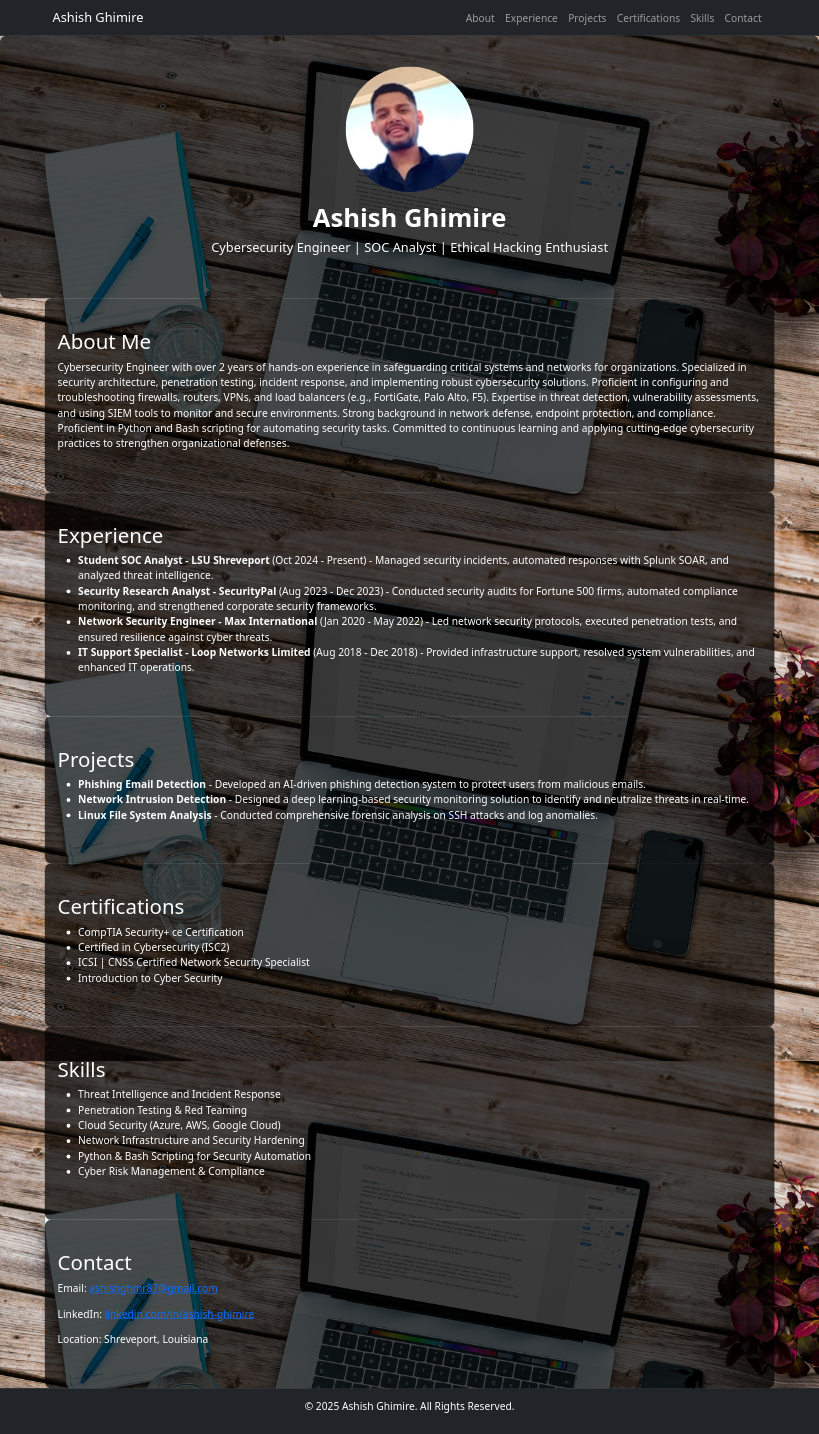
Repository: NetworkNinja11/ashishghimire.github.io
Page: index.html
These files come from the project's save history. The page is drawn as it stood at one moment and after the next save; the edit follows.
The browser window is 1280 px wide. The pictures show the whole page, at 64% of full size.
Backgrounds fixed to the window are drawn as part of the page.

Above is the page before, as saved 2025-03-11 00:27:57.
Not found: styles.css

### index.html
<!DOCTYPE html>
<html lang="en">
<head>
    <meta charset="UTF-8">
    <meta name="viewport" content="width=device-width, initial-scale=1.0">
    <title>Ashish Ghimire - Cybersecurity Portfolio</title>
    <link rel="stylesheet" href="styles.css">
    <script defer src="script.js"></script>
    <link href="https://cdn.jsdelivr.net/npm/bootstrap@5.3.0/dist/css/bootstrap.min.css" rel="stylesheet">
    <style>
        body {
            background: url('background1.png') no-repeat center center fixed;
            background-size: cover;
            color: white;
        }
        .content-section {
            background: rgba(0, 0, 0, 0.7);
            padding: 20px;
            border-radius: 10px;
        }
    </style>
</head>
<body>
    <nav class="navbar navbar-dark bg-dark navbar-expand-lg">
        <div class="container">
            <a class="navbar-brand" href="#">Ashish Ghimire</a>
            <button class="navbar-toggler" type="button" data-bs-toggle="collapse" data-bs-target="#navbarNav">
                <span class="navbar-toggler-icon"></span>
            </button>
            <div class="collapse navbar-collapse" id="navbarNav">
                <ul class="navbar-nav ms-auto">
                    <li class="nav-item"><a class="nav-link" href="#about">About</a></li>
                    <li class="nav-item"><a class="nav-link" href="#experience">Experience</a></li>
                    <li class="nav-item"><a class="nav-link" href="#projects">Projects</a></li>
                    <li class="nav-item"><a class="nav-link" href="#certifications">Certifications</a></li>
                    <li class="nav-item"><a class="nav-link" href="#skills">Skills</a></li>
                    <li class="nav-item"><a class="nav-link" href="#contact">Contact</a></li>
                </ul>
            </div>
        </div>
    </nav>

    <header class="text-center text-white py-5 content-section">
        <img src="image.png" alt="Ashish Ghimire" class="img-fluid rounded-circle" width="200">
        <h1 class="fw-bold mt-3">Ashish Ghimire</h1>
        <p class="lead">Cybersecurity Engineer | SOC Analyst | Ethical Hacking Enthusiast</p>
    </header>

    <section id="about" class="container py-5 content-section">
        <h2>About Me</h2>
        <p>
            Cybersecurity Engineer with over 2 years of hands-on experience in safeguarding critical systems and networks for organizations. Specialized in security architecture, penetration testing, incident response, and implementing robust cybersecurity solutions. Proficient in configuring and troubleshooting firewalls, routers, VPNs, and load balancers (e.g., FortiGate, Palo Alto, F5). Expertise in threat detection, vulnerability assessments, and using SIEM tools to monitor and secure environments. Strong background in network defense, endpoint protection, and compliance. Proficient in Python and Bash scripting for automating security tasks. Committed to continuous learning and applying cutting-edge cybersecurity practices to strengthen organizational defenses.</p>
    </section>

    <section id="experience" class="container py-5 content-section">
        <h2>Experience</h2>
        <ul>
            <li><strong>Student SOC Analyst - LSU Shreveport</strong> (Oct 2024 - Present) - Managed security incidents, automated responses with Splunk SOAR, and analyzed threat intelligence.</li>
            <li><strong>Security Research Analyst - SecurityPal</strong> (Aug 2023 - Dec 2023) - Conducted security audits for Fortune 500 firms, automated compliance monitoring, and strengthened corporate security frameworks.</li>
            <li><strong>Network Security Engineer - Max International</strong> (Jan 2020 - May 2022) - Led network security protocols, executed penetration tests, and ensured resilience against cyber threats.</li>
            <li><strong>IT Support Specialist - Loop Networks Limited</strong> (Aug 2018 - Dec 2018) - Provided infrastructure support, resolved system vulnerabilities, and enhanced IT operations.</li>
        </ul>
    </section>

    <section id="projects" class="container py-5 content-section">
        <h2>Projects</h2>
        <ul>
            <li><strong>Phishing Email Detection</strong> - Developed an AI-driven phishing detection system to protect users from malicious emails.</li>
            <li><strong>Network Intrusion Detection</strong> - Designed a deep learning-based security monitoring solution to identify and neutralize threats in real-time.</li>
            <li><strong>Linux File System Analysis</strong> - Conducted comprehensive forensic analysis on SSH attacks and log anomalies.</li>
        </ul>
    </section>

    <section id="certifications" class="container py-5 content-section">
        <h2>Certifications</h2>
        <ul>
            <li>CompTIA Security+ ce Certification</li>
            <li>Certified in Cybersecurity (ISC2)</li>
            <li>ICSI | CNSS Certified Network Security Specialist</li>
            <li>Introduction to Cyber Security</li>
        </ul>
    </section>

    <section id="skills" class="container py-5 content-section">
        <h2>Skills</h2>
        <ul>
            <li>Threat Intelligence and Incident Response</li>
            <li>Penetration Testing & Red Teaming</li>
            <li>Cloud Security (Azure, AWS, Google Cloud)</li>
            <li>Network Infrastructure and Security Hardening</li>
            <li>Python & Bash Scripting for Security Automation</li>
            <li>Cyber Risk Management & Compliance</li>
        </ul>
    </section>

    <section id="contact" class="container py-5 content-section">
        <h2>Contact</h2>
        <p>Email: <a href="mailto:ashishghmr87@gmail.com">ashishghmr87@gmail.com</a></p>
        <p>LinkedIn: <a href="https://www.linkedin.com/in/ashish-ghimire-96755b179/" target="_blank">linkedin.com/in/ashish-ghimire</a></p>
        <p>Location: Shreveport, Louisiana</p>
    </section>

    <footer class="text-center bg-dark text-white py-3">
        <p>&copy; 2025 Ashish Ghimire. All Rights Reserved.</p>
    </footer>

    <script src="https://cdn.jsdelivr.net/npm/bootstrap@5.3.0/dist/js/bootstrap.bundle.min.js"></script>
</body>
</html>

### script.js
document.addEventListener("DOMContentLoaded", function () {
    document.querySelectorAll('a[href^="#"]').forEach(anchor => {
        anchor.addEventListener("click", function (e) {
            e.preventDefault();
            document.querySelector(this.getAttribute("href")).scrollIntoView({
                behavior: "smooth"
            });
        });
    });
});

After the next save:
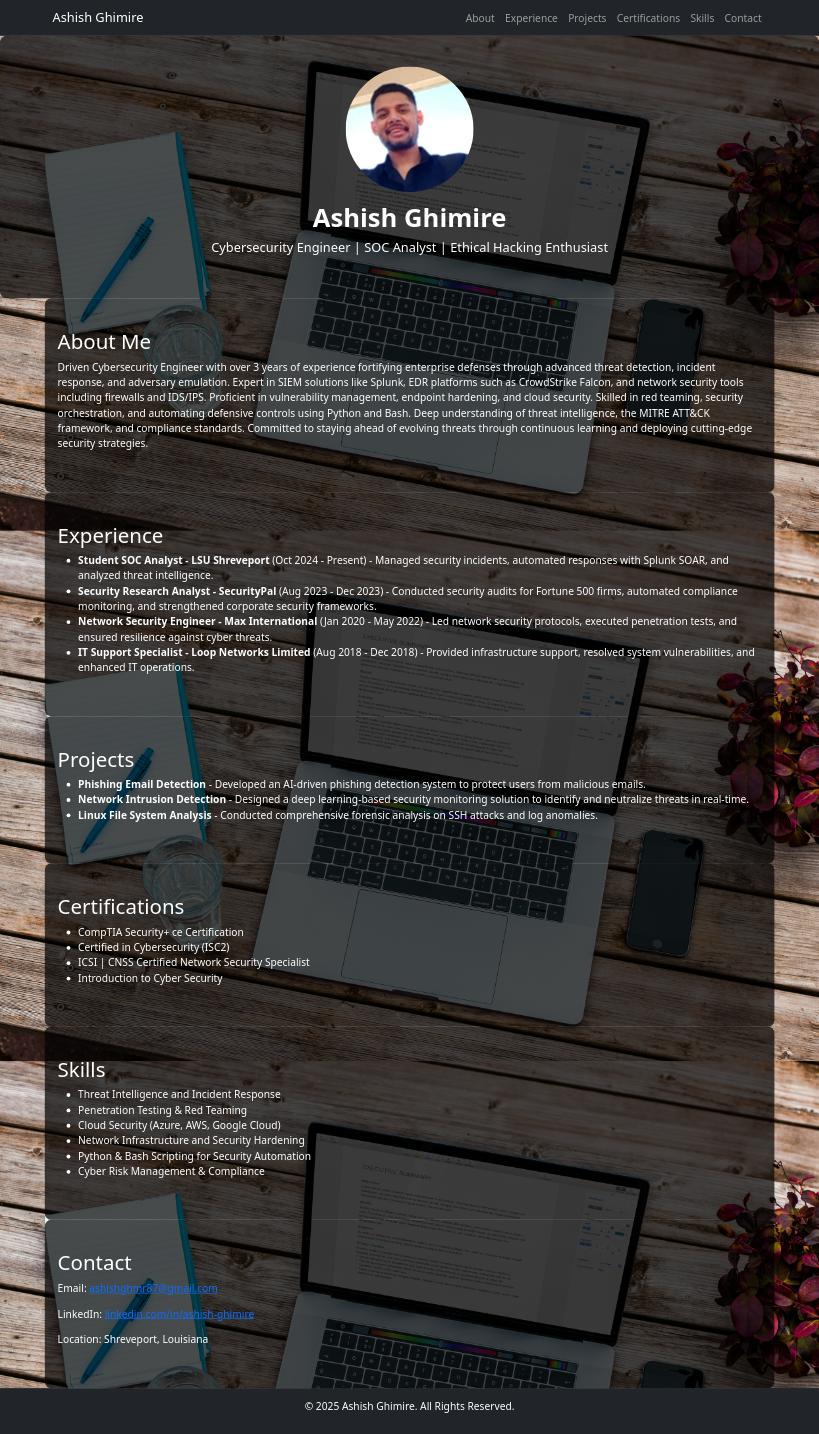
Saved 9 min 31 s later.
--- a/index.html
+++ b/index.html
@@ -49,7 +49,7 @@
     <section id="about" class="container py-5 content-section">
         <h2>About Me</h2>
         <p>
-            Cybersecurity Engineer with over 2 years of hands-on experience in safeguarding critical systems and networks for organizations. Specialized in security architecture, penetration testing, incident response, and implementing robust cybersecurity solutions. Proficient in configuring and troubleshooting firewalls, routers, VPNs, and load balancers (e.g., FortiGate, Palo Alto, F5). Expertise in threat detection, vulnerability assessments, and using SIEM tools to monitor and secure environments. Strong background in network defense, endpoint protection, and compliance. Proficient in Python and Bash scripting for automating security tasks. Committed to continuous learning and applying cutting-edge cybersecurity practices to strengthen organizational defenses.</p>
+            Driven Cybersecurity Engineer with over 3 years of experience fortifying enterprise defenses through advanced threat detection, incident response, and adversary emulation. Expert in SIEM solutions like Splunk, EDR platforms such as CrowdStrike Falcon, and network security tools including firewalls and IDS/IPS. Proficient in vulnerability management, endpoint hardening, and cloud security. Skilled in red teaming, security orchestration, and automating defensive controls using Python and Bash. Deep understanding of threat intelligence, the MITRE ATT&CK framework, and compliance standards. Committed to staying ahead of evolving threats through continuous learning and deploying cutting-edge security strategies.</p>
     </section>
 
     <section id="experience" class="container py-5 content-section">
